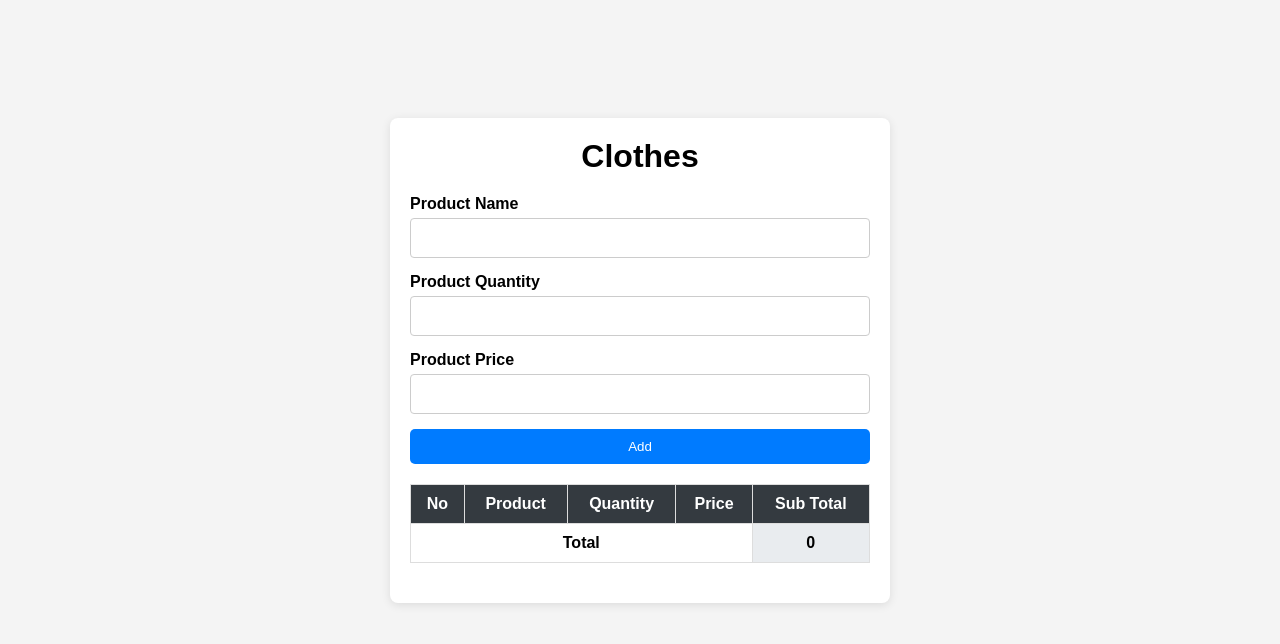
Repository: LeTiepTuyen/homework2
Page: clothes_form.html
The author's editor kept a copy of each file at every save. The page is drawn from the files as they stood at one save, then again after the next save.
The browser window is 1280 px wide. The pictures show the whole page.

Above is the page before, as saved 2024-09-19 19:03:29.

### clothes_form.html
<!DOCTYPE html>
<html lang="en">
  <head>
    <meta charset="UTF-8" />
    <meta name="viewport" content="width=device-width, initial-scale=1.0" />
    <title>Clothes Form</title>
    <link rel="stylesheet" href="style.css" />
  </head>
  <body>
    <div class="container">
      <h1>Clothes</h1>
      <form id="productForm">
        <div class="input-group">
          <label for="productName">Product Name</label>
          <input type="text" id="productName" required />
        </div>
        <div class="input-group">
          <label for="productQuantity">Product Quantity</label>
          <input type="number" id="productQuantity" required />
        </div>
        <div class="input-group">
          <label for="productPrice">Product Price</label>
          <input type="number" id="productPrice" required />
        </div>
        <button type="button" id="addButton">Add</button>
      </form>

      <table id="productTable">
        <thead>
          <tr>
            <th>No</th>
            <th>Product</th>
            <th>Quantity</th>
            <th>Price</th>
            <th>Sub Total</th>
          </tr>
        </thead>
        <tbody></tbody>
        <tfoot>
          <tr>
            <td colspan="4">Total</td>
            <td id="totalSum">0</td>
          </tr>
        </tfoot>
      </table>
    </div>

    <script>
      let productCount = 0;
      let totalSum = 0;

      document.getElementById("addButton").addEventListener("click", function () {
        const name = document.getElementById("productName").value;
        const quantity = parseInt(document.getElementById("productQuantity").value);
        const price = parseInt(document.getElementById("productPrice").value);

        if (!name || !quantity || !price) {
          alert("Please fill out all fields");
          return;
        }

        productCount++;
        const subtotal = quantity * price;
        totalSum += subtotal;

        const tableBody = document.querySelector("#productTable tbody");
        const newRow = document.createElement("tr");
        newRow.innerHTML = `
          <td>${productCount}</td>
          <td>${name}</td>
          <td>${quantity}</td>
          <td>${price}</td>
          <td>${subtotal}</td>
        `;
        tableBody.appendChild(newRow);

        document.getElementById("totalSum").innerText = totalSum;

        document.getElementById("productForm").reset();
      });
    </script>
  </body>
</html>

### style.css
* {
  margin: 0;
  padding: 0;
  box-sizing: border-box;
}

body {
  font-family: Arial, sans-serif;
  background-color: #f4f4f4;
  display: flex;
  justify-content: center;
  align-items: center;
  height: 100vh;
}

.container {
  background-color: white;
  padding: 20px;
  border-radius: 8px;
  box-shadow: 0 2px 10px rgba(0, 0, 0, 0.1);
  width: 500px;
}

h1 {
  text-align: center;
  margin-bottom: 20px;
}

.input-group {
  display: flex;
  flex-direction: column;
  margin-bottom: 15px;
}

label {
  font-weight: bold;
  margin-bottom: 5px;
}

input {
  padding: 10px;
  font-size: 16px;
  border: 1px solid #ccc;
  border-radius: 4px;
}

button {
  padding: 10px 20px;
  background-color: #007bff;
  color: white;
  border: none;
  border-radius: 5px;
  cursor: pointer;
  width: 100%;
  margin-bottom: 20px;
}

button:hover {
  background-color: #0056b3;
}

table {
  width: 100%;
  border-collapse: collapse;
  margin-bottom: 20px;
}

th,
td {
  padding: 10px;
  text-align: center;
  border: 1px solid #ddd;
}

thead th {
  background-color: #343a40;
  color: white;
}

tfoot td {
  font-weight: bold;
}

tfoot td:last-child {
  background-color: #e9ecef;
}

After the next save:
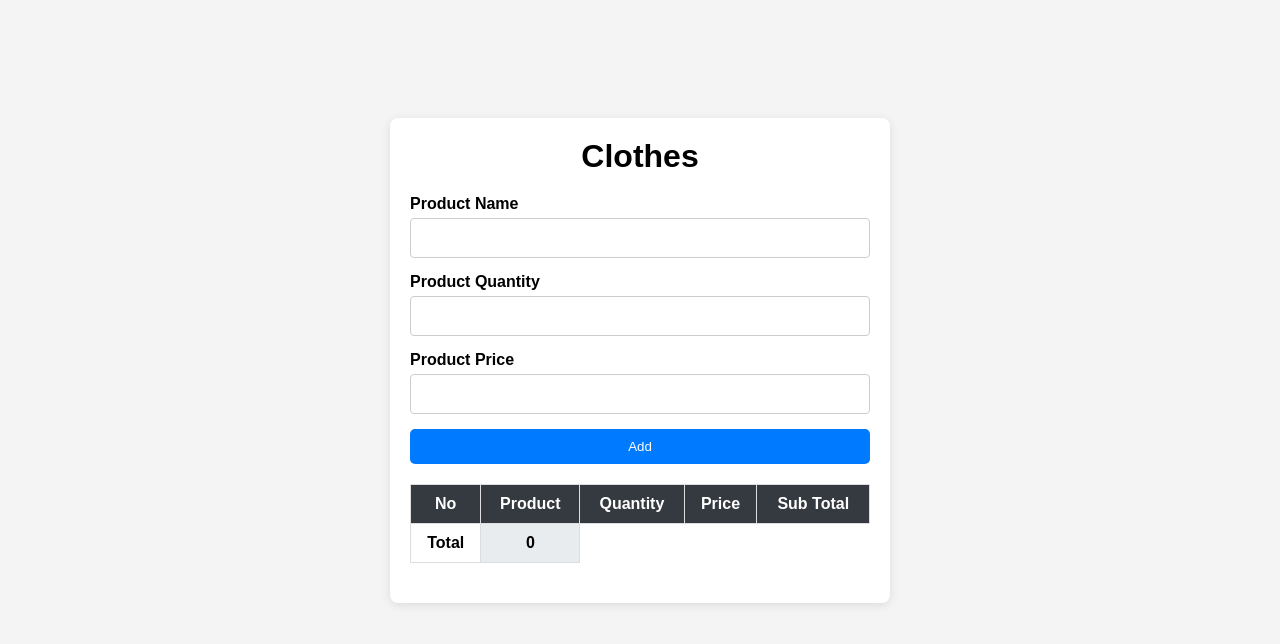
Saved 5 min 48 s later.
--- a/clothes_form.html
+++ b/clothes_form.html
@@ -38,7 +38,7 @@
         <tbody></tbody>
         <tfoot>
           <tr>
-            <td colspan="4">Total</td>
+            <td>Total</td>
             <td id="totalSum">0</td>
           </tr>
         </tfoot>

After the save that followed:
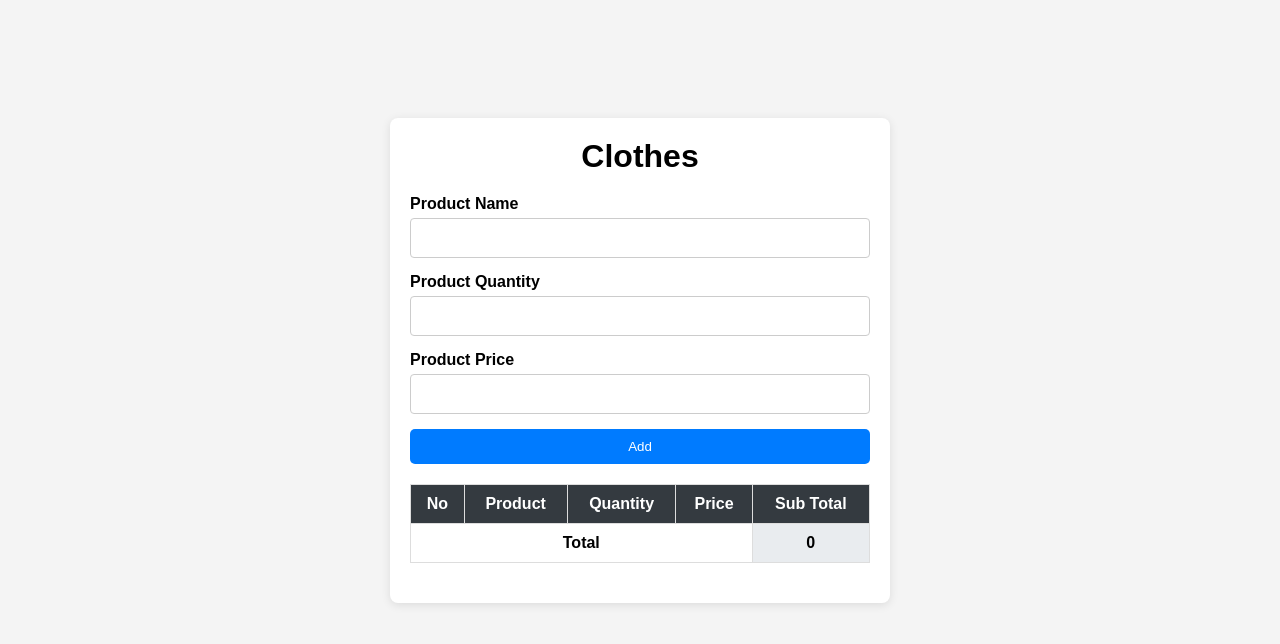
Saved 11 s later.
--- a/clothes_form.html
+++ b/clothes_form.html
@@ -38,7 +38,7 @@
         <tbody></tbody>
         <tfoot>
           <tr>
-            <td>Total</td>
+            <td colspan="4">Total</td>
             <td id="totalSum">0</td>
           </tr>
         </tfoot>
